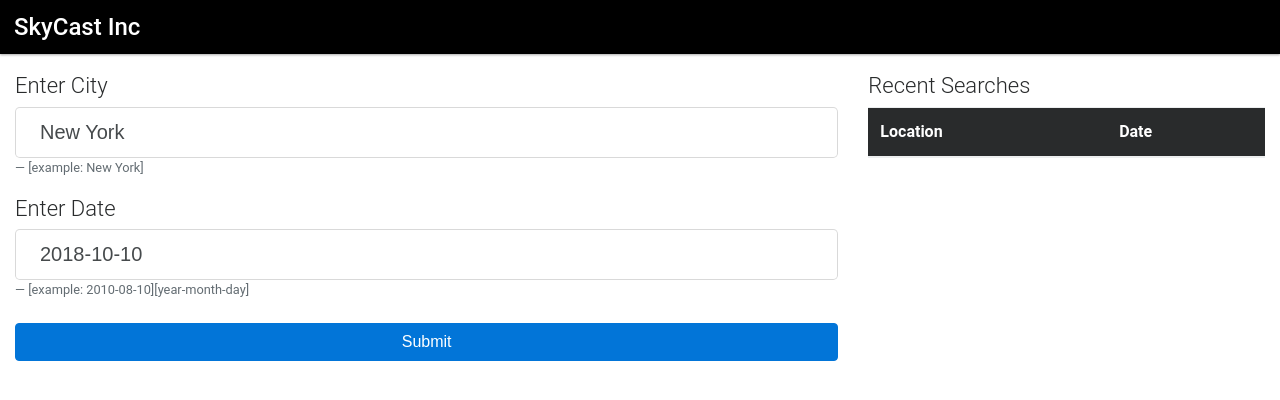
Repository: Oakga/Weather_app
Page: index.html
These files come from the project's save history. The page is drawn as it stood at one moment and after a run of saves; the edit follows.
The browser window is 1280 px wide. The pictures show the whole page.

Above is the page before, as saved 2017-09-22 08:09:22.

### index.html
<!DOCTYPE html>
<html>
<head>
    <meta charset="utf-8">
    <link rel="stylesheet" href="https://maxcdn.bootstrapcdn.com/bootstrap/4.0.0-alpha.6/css/bootstrap.min.css" integrity="sha384-rwoIResjU2yc3z8GV/NPeZWAv56rSmLldC3R/AZzGRnGxQQKnKkoFVhFQhNUwEyJ" crossorigin="anonymous">
    <!-- <link href='http://fonts.googleapis.com/css?family=Roboto:400,300,700' rel='stylesheet' type='text/css'> -->
    <link href="css/styles.css" rel="stylesheet" type="text/css">
    <script src="https://unpkg.com/axios/dist/axios.min.js"></script>
</head>
<body>
    <header>
        <h1>SkyCast Inc</h1>
    </header>
    <div class="container-fluid">
        <div class="row">
            <div class="col-sm-8">
                <form id="location-form">
                    <h2>Enter City</h2><input value="New York" type="text" id="location-input" class="form-control form-control-lg "/>
                    <footer class="blockquote-footer">[example: New York]</footer>
                    <h2>Enter Date</h2><input value="2018-10-10" type="text" id="date-input" class="form-control form-control-lg "/>
                    <footer class="blockquote-footer">[example: 2010-08-10][year-month-day]</footer>
                    <br>
                    <button type="submit" class="btn btn-primary btn-block">Submit</button>
                </form>
                <div id="formatted-address"></div>
                <div id="geometry-component"></div>
                <div id="weather-component"></div>
            </div>
            <div class="col-sm-4">
                <h2>Recent Searches</h2>
                <table class="table table-hover">
                    <thead class="thead-inverse">
                        <tr>
                            <th>Location</th>
                            <th>Date</th>
                        </tr>
                        <tbody id="history-table">
                        </tbody>
                    </thead>
                </table>
            </div>
        </div>
    </div>
</div>
<script src="js/main.js"></script>
</body>
</html>

### css/styles.css
body {
    font-family: 'Roboto', 'Sans Serif';
    font-size: 16px;
    padding: 0;
    margin: 0;
}

header {
    background-color: #000000;
    padding: 14px;
    box-shadow: 0 1px 3px rgba(0,0,0,0.12), 0 1px 2px rgba(0,0,0,0.24);
}

h1, h2, h3 {
    font-weight: 300;
}

header > h1 {
    font-weight: 500;
    font-size: 24px;
    margin: 0;
    color: #FFFFFF;
}

h2 {
    font-size: 22px;
    margin: 20px 0 8px 0;
}

.table {
    border-radius: 5px;
    width: 100%;
    float: none;
}

#history-table > tr {
    cursor: pointer;
}

### js/main.js
class foreCastReport {
    constructor(Time,Humidity,Precipitation,Intensity,Wind,MaxTemperature,MinTemperature){
        this.Time = Time;
        this.Humidity = Humidity;
        this.Precipitation = Precipitation;
        this.Intensity = Intensity;
        this.Wind = Wind;
        this.MaxTemperature = MaxTemperature;
        this.MinTemperature = MinTemperature;
    };
};

class todayReport {
    constructor(Time,Summary,Humidity,Temperature, Precipitation,Intensity,Wind,){
        this.Time = Time;
        this.Summary = Summary;
        this.Humidity = Humidity;
        this.Temperature = Temperature;
        this.Precipitation = Precipitation;
        this.Intensity = Intensity;
        this.Wind = Wind;
    };
};

const geoCode = (location, time=Date.now()) => {
    axios.get('https://maps.googleapis.com/maps/api/geocode/json',{
    params:{
        address: location,
        key: 'AIzaSyAkYBjwd7ygcP8GpAz47QsP3s3vaweLAE0'
    }
}).then(function(response){
    const formattedAddr = response.data.results[0].formatted_address;
    const formattedAddrOutput = `
    <h2> Current Search Location: </h2>
    <ul class="list-group">
    <li class="list-group-item">
    ${formattedAddr}
    </li>
    </ul>
    `;
    let addressComponents = response.data.results[0].address_components;
    let lat = Math.round(response.data.results[0].geometry.location.lat*10000)/10000;
    let lng = Math.round(response.data.results[0].geometry.location.lng*10000)/10000;
    let geometryOutput = `
    <ul class="list-group">
    <li class="list-group-item">
    <strong>
    Latitude
    </strong>: ${lat}
    </li>
    <li class="list-group-item">
    <strong>
    Longitude
    </strong>: ${lng}
    </li>
    </ul>
    <br>
    `;
    document.getElementById('formatted-address').innerHTML = formattedAddrOutput;
    document.getElementById('geometry-component').innerHTML = geometryOutput;

    darkSky(lat,lng,time);
    updateHistory(formattedAddr,time);

})
.catch(function(error){
    console.log(error);
    const formattedAddrOutput = `
    <div class="alert alert-danger" role="alert">
    <strong>Unknown Location!</strong> Change a few things up and try submitting again.
    </div>
    `;
    document.getElementById('formatted-address').innerHTML = formattedAddrOutput;
})
};
const weeklyWeatherTable = (response) => {
    let weeklyReport = [];
    const currentDate =  response.data.currently;
    const dailyDate = response.data.daily.data;
    let formattedTime;
    for(let i=0;i<dailyDate.length;i++){
        formattedTime= convertToDateTime(dailyDate[i].time);
        const dayReport = weeklyReport[i] = new foreCastReport(
            formattedTime,
            dailyDate[i].humidity,
            dailyDate[i].precipProbability,
            dailyDate[i].precipIntensity,
            dailyDate[i].windSpeed,
            dailyDate[i].temperatureMax,
            dailyDate[i].temperatureMin,
        );
    };
    let columnNames = ``;
    const units = ['','%','%','(mm/hr)','(m/s)','(`C)','(`C)'];
    let counter = 0;
    for ( property in weeklyReport[0] ) {
        columnNames += `
        <th>
        ${property}${units[counter]}
        </th>
        `;
        counter++;
    };

    let itemRows = ``;
    let reportForTheDay;
    for(var i=0;i<weeklyReport.length;i++){
        reportForTheDay=weeklyReport[i];
        itemRows += `
        <tr>
        <th scope="row">${reportForTheDay.Time}</th>
        <td>${reportForTheDay.Humidity}</td>
        <td>${reportForTheDay.Precipitation}</td>
        <td>${reportForTheDay.Intensity}</td>
        <td>${reportForTheDay.Wind}</td>
        <td>${reportForTheDay.MaxTemperature}</td>
        <td>${reportForTheDay.MinTemperature}</td>
        </tr>`
    };

    let tableOutput = `
    <h2> Upcoming Forecasts </h2>
    <table class="table">
    <thead class="thead-inverse" id="table-index">
    ${columnNames}
    </thead>
    <tbody>
    ${itemRows}
    </tbody>
    </table>
    `;
    document.getElementById('weather-component').innerHTML = tableOutput;
};
const darkSky = (lat, lng, date = Date.now()) => {
    let apiCall = 'https://cors-anywhere.herokuapp.com/https://api.darksky.net/forecast/c84a2f187efcca194054935abae32b10/'+lat+','+lng;
    axios.get(apiCall,{
        params: {
            exclude: '[hourly,flags]',
            time: date,
            unit: '[si]',
        }
    }).then(function(response){
        weeklyWeatherTable(response);
    })
    .catch(function(error){
        console.log(error);
        const alert = `
        <div class="alert alert-danger" role="alert">
        <strong>Cannot find Weather information!</strong> Change a few things up and try submitting again.
        </div>
        `;
        document.getElementById('weather-component').insertAdjacentHTML("afterbegin",alert);
    })
    ;
}

const convertToDateTime = (time) => {
    let date = new Date(time*1000);
    const months = ['Jan','Feb','Mar','Apr','May','Jun','Jul','Aug','Sep','Oct','Nov','Dec'];
    year = date.getFullYear();
    month = months[date.getMonth()];
    numDate = date.getDate();
    formattedTime = numDate + ' ' + month + ' ' + year;
    return formattedTime;
};

const convertToUnixTime = (time) => {
    return Date.parse(time)/1000;
}
const updateHistory = (location,time) => {
    const formattedTime = convertToDateTime(time);

    let itemRows = ``;
    itemRows += `
    <tr>
    <td>${location}</td>
    <td>${formattedTime}</td>
    </tr>`;


    const table = document.getElementById('history-table');
    if(table.childElementCount>=5){
        table.removeChild(table.firstElementChild);
    };


    document.getElementById('history-table').insertAdjacentHTML("afterbegin",itemRows);
};

document.getElementById('location-form').addEventListener('submit', function (e){
    e.preventDefault();
    const location = document.getElementById('location-input').value;
    const date = document.getElementById('date-input').value;
    if(date!==null){
        const unixTime = convertToUnixTime(date);
        geoCode(location,unixTime);
    }
    else {
        geoCode(location);
    };
});

After the next 2 saves:
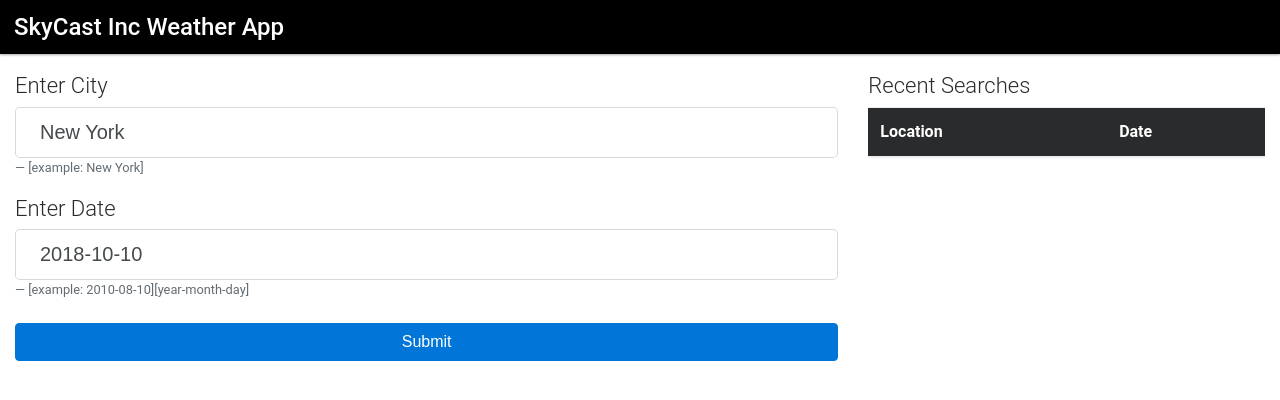
The 2 saves are shown as one change because they came seconds apart.
The last was saved 13 s later.
--- a/index.html
+++ b/index.html
@@ -9,7 +9,7 @@
 </head>
 <body>
     <header>
-        <h1>SkyCast Inc</h1>
+        <h1>SkyCast Inc Weather App</h1>
     </header>
     <div class="container-fluid">
         <div class="row">
